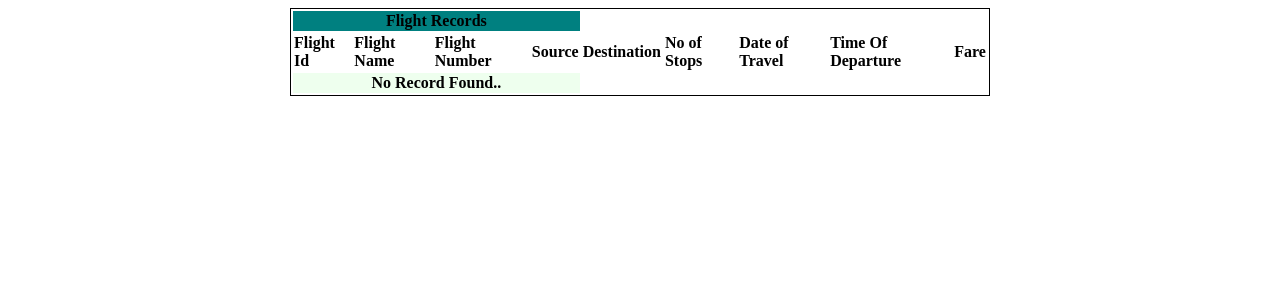
Repository: pawankas/Java_Mini_Project
Page: http://localhost/AirReservation/Search
The author's editor kept a copy of each file at every save. The page is drawn from the files as they stood at one save, then again after the next save.
The browser window is 1280 px wide. The pictures show the whole page.
The page is served by Tomcat 9. Queries for data that is not in the repository find no rows.

Above is the page before, as saved 2022-03-17 17:36:28.

After the next save:
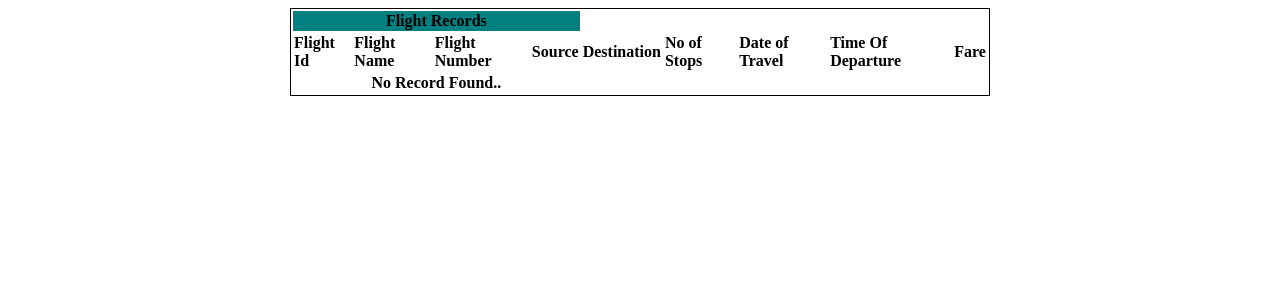
Saved 21 s later.
--- a/Mini_Project_Java/AirReservation/WebContent/SearchView.jsp
+++ b/Mini_Project_Java/AirReservation/WebContent/SearchView.jsp
@@ -59,7 +59,7 @@
             %>
             <tr>
                 <td colspan=4 align="center"
-                    style="background-color:#eeffee"><b>No Record Found..</b></td>
+                 ><b>No Record Found..</b></td>
             </tr>
             <%            }
             %>
